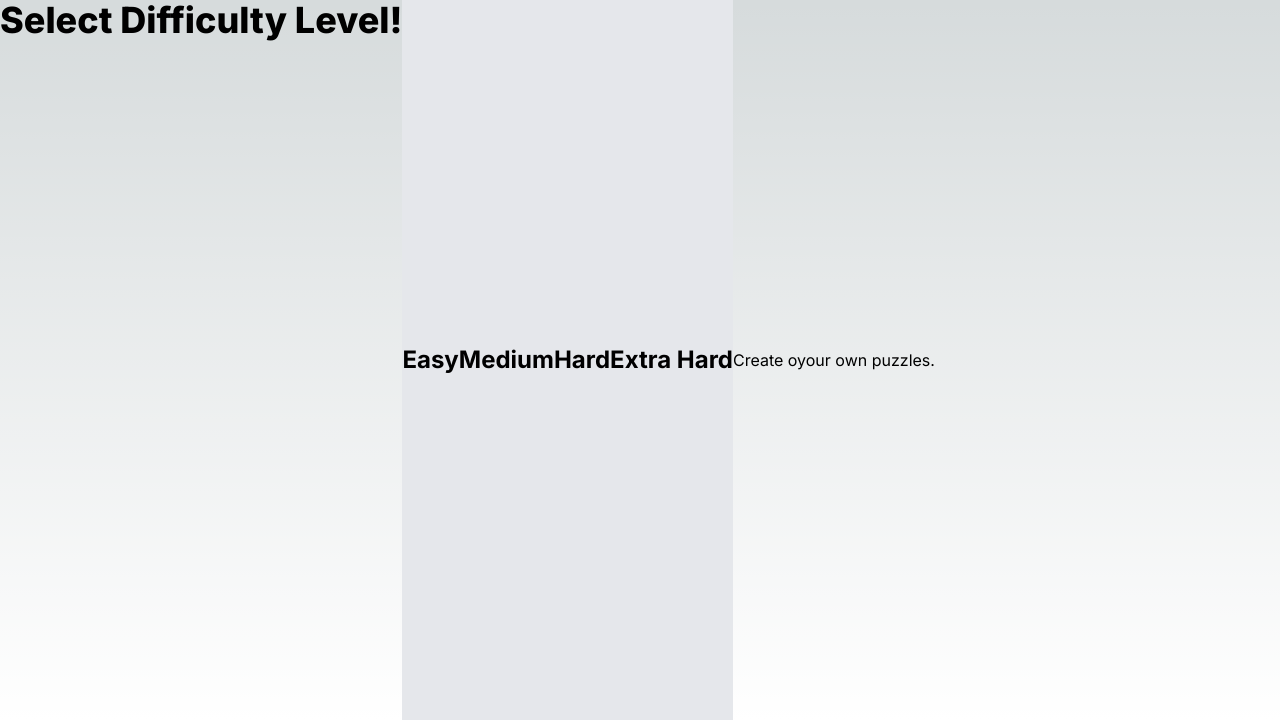
Repository: badhon252/sudoku
Page: /level
These files come from the project's save history. The page is drawn as it stood at one moment and after the next save; the edit follows.
The browser window is 1280 px wide. The pictures show the whole page.
The project was rebuilt for these pictures with package versions that can differ from the ones it lists, and the page was loaded fresh each time. The framework's server and built-in components were replaced by stand-ins that run in the browser. Also part of the build but not shown: next.config.js.

Above is the page before, as saved 2023-06-04 21:49:17.

### app/level/page.tsx
import React from 'react'

export default function Level() {
  return (
    <div className='min-h-screen flex flex-row'>
        <h1 className='text-4xl font-extrabold'>Select Difficulty Level! </h1>
        <button className='bg-gray-200 text-2xl font-bold'>Easy</button>
        <button className='bg-gray-200 text-2xl font-bold'>Medium</button>
        <button className='bg-gray-200 text-2xl font-bold'>Hard</button>
        <button className='bg-gray-200 text-2xl font-bold'>Extra Hard</button>

        <button>Create oyour own puzzles.</button>
    </div>
  )
}

Loaded but not shown: app/layout.tsx (common file); app/globals.css (common file); tailwind.config.js (common file)

After the next save:
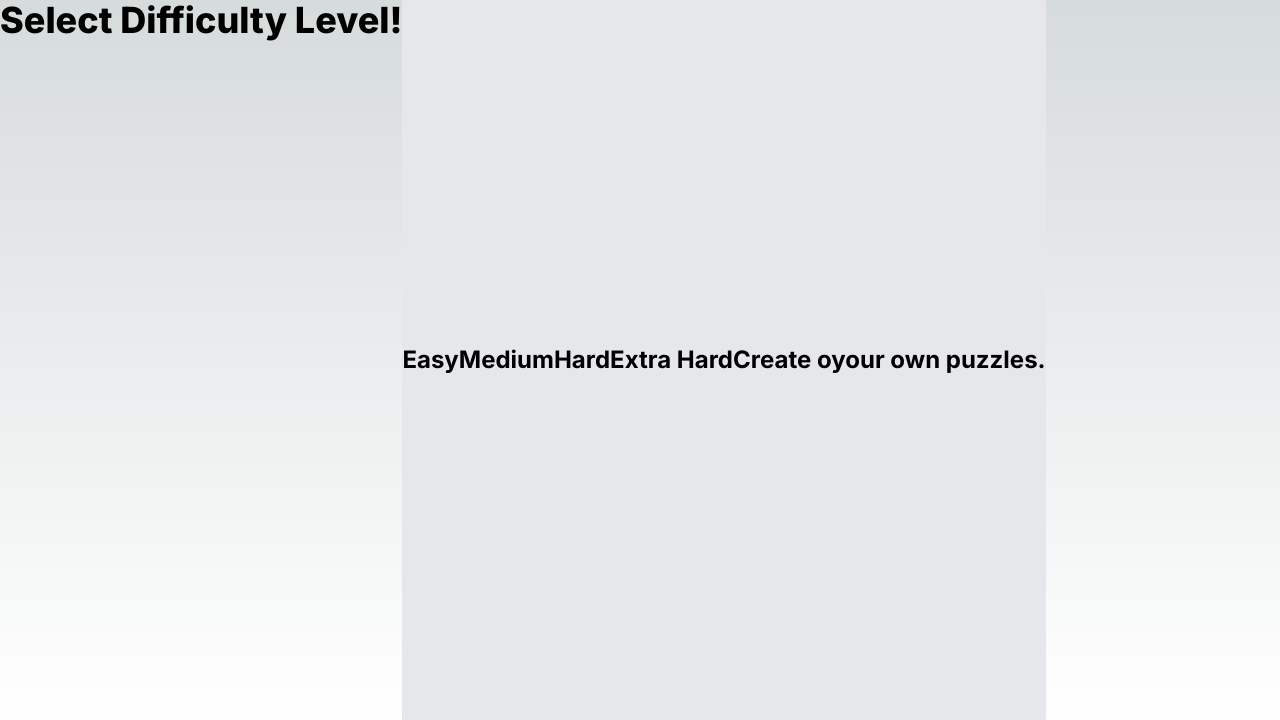
Saved 19 s later.
--- a/app/level/page.tsx
+++ b/app/level/page.tsx
@@ -9,7 +9,7 @@ export default function Level() {
         <button className='bg-gray-200 text-2xl font-bold'>Hard</button>
         <button className='bg-gray-200 text-2xl font-bold'>Extra Hard</button>
 
-        <button>Create oyour own puzzles.</button>
+        <button className='bg-gray-200 text-2xl font-bold'>Create oyour own puzzles.</button>
     </div>
   )
 }
